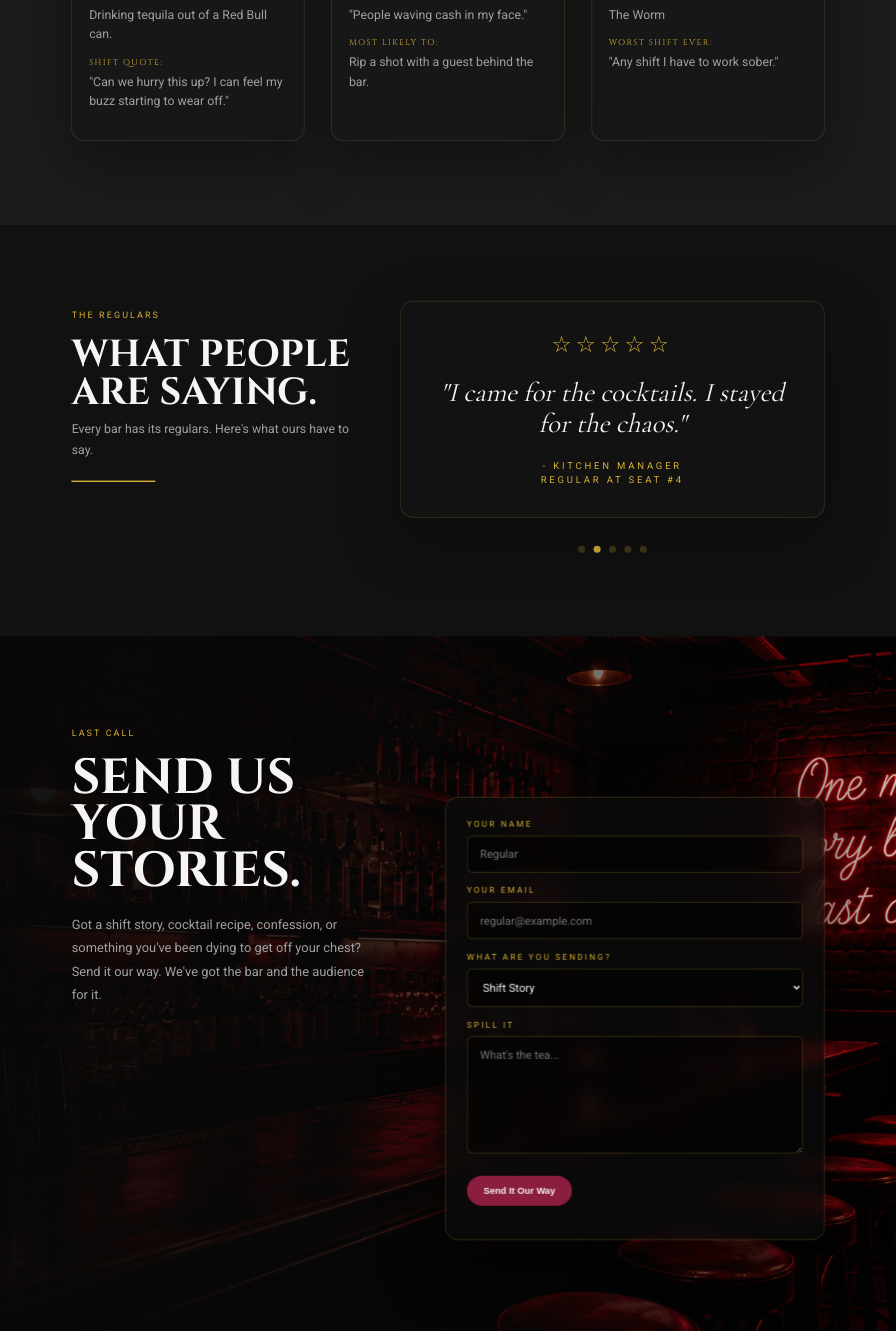
Repository: Gage-Codes/BarRot
Page: index.html
These files come from the project's save history. The page is drawn as it stood at one moment and after the next save; the edit follows.
The browser window is 1280 px wide. The pictures show the part of the page from y = 4442 to 6362 px (the page is 6343 px tall before and 6362 px after), at 70% of full size.

Above is the page before, as saved 2026-07-09 18:12:54.

After the next save:
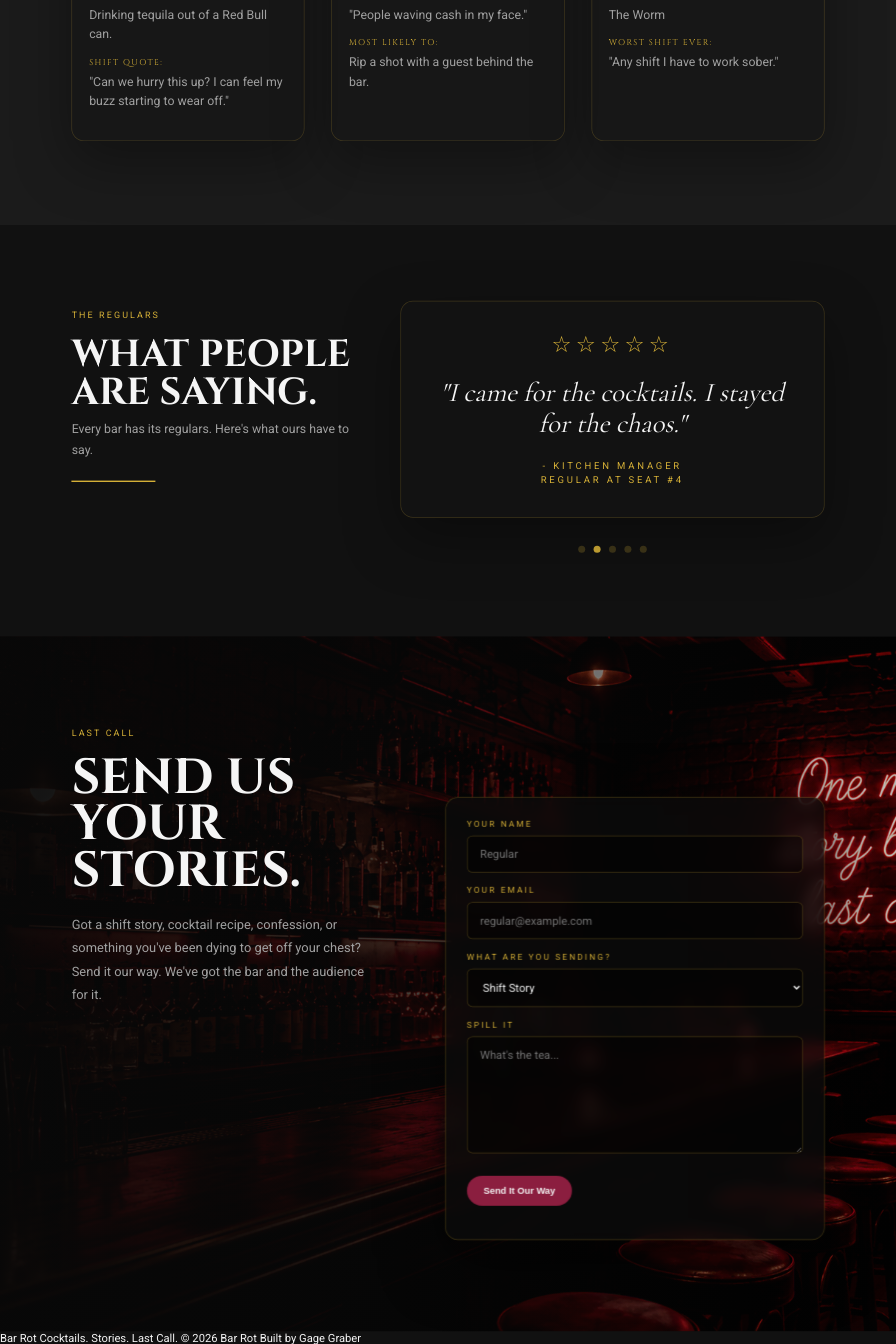
Saved 2 min 37 s later.
--- a/index.html
+++ b/index.html
@@ -451,7 +451,14 @@
 
 </main>
 
-<footer></footer>
+<footer>
+    Bar Rot
+    Cocktails.
+    Stories.
+    Last Call.
+    © 2026 Bar Rot
+    Built by Gage Graber
+</footer>
 
 <!-- Java Script/Nav Bar -->
 
